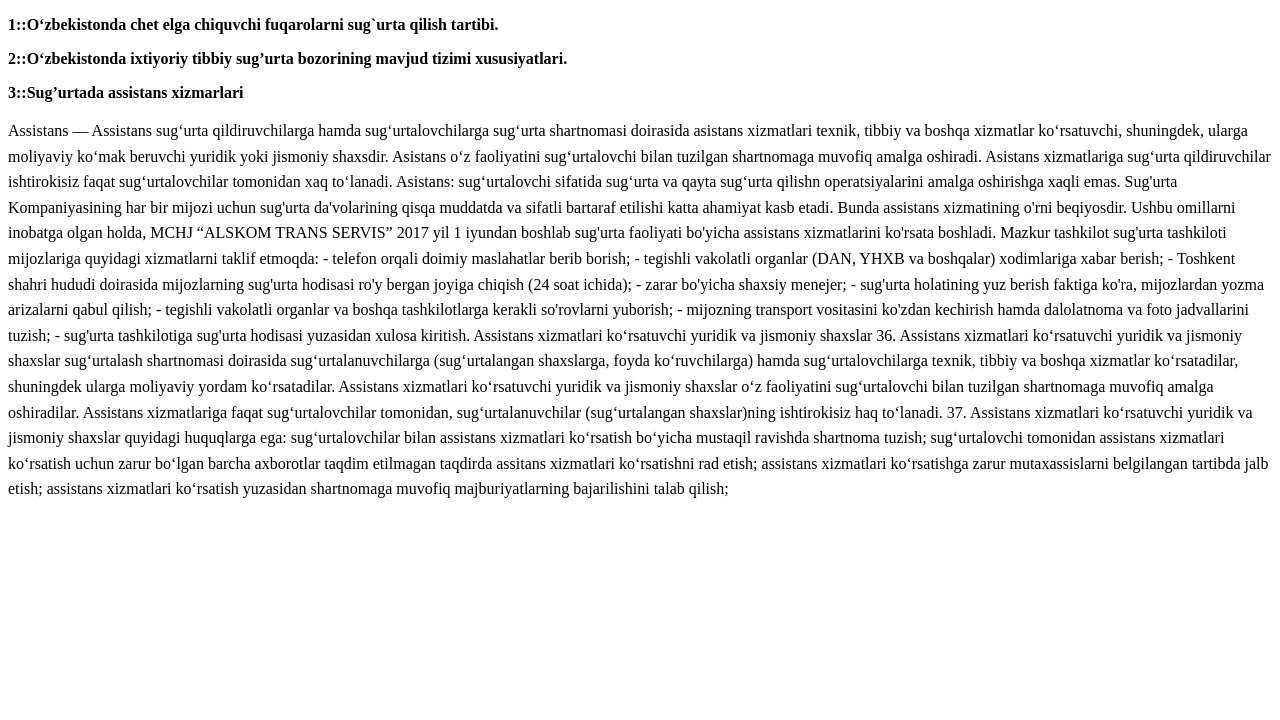
Repository: Ikromkhurozov/exam-inst
Page: index.html
An editor plug-in stored every save of this project. The page is shown before and after the next save, followed by the edit.
The browser window is 1280 px wide. The pictures show the whole page.

Above is the page before, as saved 2023-05-21 14:47:01.

### index.html
<!DOCTYPE html>
<html lang="en">
<head>
  <meta charset="UTF-8">
  <meta http-equiv="X-UA-Compatible" content="IE=edge">
  <meta name="viewport" content="width=device-width, initial-scale=1.0">
  <title>Document</title>

  <style>
    div{
      line-height: 1.6;
    }

    h3{
      font-size: 16px;
    }
  </style>
</head>
<body>
    <h3>1::O‘zbekistonda chet elga chiquvchi fuqarolarni sug`urta qilish tartibi.</h3>
    <div></div>

    <h3>2::O‘zbekistonda ixtiyoriy tibbiy sugʼurta bozorining mavjud tizimi xususiyatlari.</h3>
    <div>

    </div>

    <h3>3::Sug’urtada assistans xizmarlari</h3>
    <div>
      Assistans — Assistans sugʻurta qildiruvchilarga hamda
      sugʻurtalovchilarga sugʻurta shartnomasi doirasida asistans
      xizmatlari texnik, tibbiy va boshqa xizmatlar koʻrsatuvchi, shuningdek,
      ularga moliyaviy koʻmak beruvchi yuridik yoki jismoniy shaxsdir.
      Asistans oʻz faoliyatini sugʻurtalovchi bilan tuzilgan shartnomaga
      muvofiq amalga oshiradi. Asistans xizmatlariga sugʻurta
      qildiruvchilar ishtirokisiz faqat sugʻurtalovchilar tomonidan xaq
      toʻlanadi. Asistans: sugʻurtalovchi sifatida sugʻurta va qayta sugʻurta
      qilishn operatsiyalarini amalga oshirishga xaqli emas.

      Sug'urta Kompaniyasining har bir mijozi uchun sug'urta
      da'volarining qisqa muddatda va sifatli bartaraf etilishi katta
      ahamiyat kasb etadi. Bunda assistans xizmatining o'rni
      beqiyosdir. Ushbu omillarni inobatga olgan holda, MCHJ
      “ALSKOM TRANS SERVIS” 2017 yil 1 iyundan boshlab sug'urta
      faoliyati bo'yicha assistans xizmatlarini ko'rsata boshladi.

      Mazkur tashkilot sug'urta tashkiloti mijozlariga quyidagi xizmatlarni taklif
      etmoqda:
      - telefon orqali doimiy maslahatlar berib borish;
      - tegishli vakolatli organlar (DAN, YHXB va boshqalar) xodimlariga xabar berish;
      - Toshkent shahri hududi doirasida mijozlarning sug'urta hodisasi ro'y bergan
      joyiga chiqish (24 soat ichida);
      - zarar bo'yicha shaxsiy menejer;
      - sug'urta holatining yuz berish faktiga ko'ra, mijozlardan yozma arizalarni
      qabul qilish;
      - tegishli vakolatli organlar va boshqa tashkilotlarga kerakli so'rovlarni
      yuborish;
      - mijozning transport vositasini ko'zdan kechirish hamda dalolatnoma va foto
      jadvallarini tuzish;
      - sug'urta tashkilotiga sug'urta hodisasi yuzasidan xulosa kiritish.

      Assistans xizmatlari ko‘rsatuvchi yuridik va jismoniy shaxslar
      36. Assistans xizmatlari ko‘rsatuvchi yuridik va jismoniy shaxslar sug‘urtalash
      shartnomasi doirasida sug‘urtalanuvchilarga (sug‘urtalangan shaxslarga, foyda
      ko‘ruvchilarga) hamda sug‘urtalovchilarga texnik, tibbiy va boshqa xizmatlar
      ko‘rsatadilar, shuningdek ularga moliyaviy yordam ko‘rsatadilar.
      Assistans xizmatlari ko‘rsatuvchi yuridik va jismoniy shaxslar o‘z faoliyatini
      sug‘urtalovchi bilan tuzilgan shartnomaga muvofiq amalga oshiradilar.
      Assistans xizmatlariga faqat sug‘urtalovchilar tomonidan, sug‘urtalanuvchilar
      (sug‘urtalangan shaxslar)ning ishtirokisiz haq to‘lanadi.
      37. Assistans xizmatlari ko‘rsatuvchi yuridik va jismoniy shaxslar quyidagi huquqlarga ega:
      sug‘urtalovchilar bilan assistans xizmatlari ko‘rsatish bo‘yicha mustaqil ravishda
      shartnoma tuzish;
      sug‘urtalovchi tomonidan assistans xizmatlari ko‘rsatish uchun zarur bo‘lgan
      barcha axborotlar taqdim etilmagan taqdirda assitans xizmatlari ko‘rsatishni rad
      etish;
      assistans xizmatlari ko‘rsatishga zarur mutaxassislarni belgilangan tartibda jalb
      etish;
      assistans xizmatlari ko‘rsatish yuzasidan shartnomaga muvofiq majburiyatlarning
      bajarilishini talab qilish;
    </div>
</body>
</html>

After the next save:
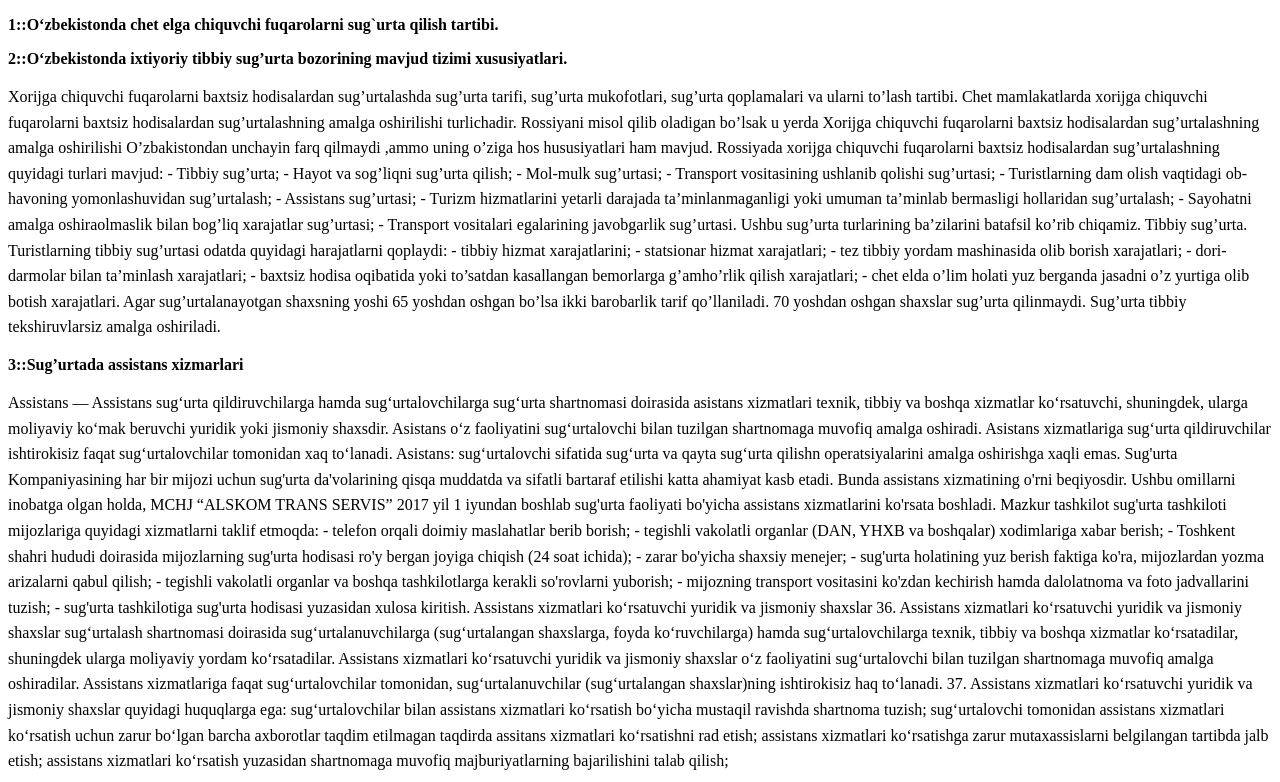
Saved 6 min 47 s later.
--- a/index.html
+++ b/index.html
@@ -22,7 +22,36 @@
 
     <h3>2::O‘zbekistonda ixtiyoriy tibbiy sugʼurta bozorining mavjud tizimi xususiyatlari.</h3>
     <div>
-
+      Xorijga chiquvchi fuqarolarni baxtsiz hodisalardan sug’urtalashda sug’urta tarifi,
+      sug’urta mukofotlari, sug’urta qoplamalari va ularni to’lash tartibi.
+      Chet mamlakatlarda xorijga chiquvchi fuqarolarni baxtsiz hodisalardan sug’urtalashning
+      amalga oshirilishi turlichadir. Rossiyani misol qilib oladigan bo’lsak u yerda Xorijga chiquvchi
+      fuqarolarni  baxtsiz  hodisalardan  sug’urtalashning  amalga  oshirilishi  O’zbakistondan  unchayin
+      farq qilmaydi ,ammo uning o’ziga hos hususiyatlari ham mavjud.
+      Rossiyada  xorijga  chiquvchi  fuqarolarni  baxtsiz hodisalardan  sug’urtalashning  quyidagi
+      turlari mavjud:
+      - Tibbiy sug’urta;
+      - Hayot va sog’liqni sug’urta qilish;
+      - Mol-mulk sug’urtasi;
+      - Transport vositasining ushlanib qolishi sug’urtasi;
+      - Turistlarning dam olish vaqtidagi ob- havoning yomonlashuvidan sug’urtalash;
+      - Assistans sug’urtasi;
+      - Turizm  hizmatlarini  yetarli  darajada  ta’minlanmaganligi  yoki  umuman  ta’minlab
+      bermasligi hollaridan sug’urtalash;
+      - Sayohatni amalga oshiraolmaslik bilan bog’liq xarajatlar sug’urtasi;
+      - Transport vositalari egalarining javobgarlik sug’urtasi.
+      Ushbu sug’urta turlarining ba’zilarini batafsil ko’rib chiqamiz.
+      Tibbiy sug’urta. Turistlarning tibbiy sug’urtasi odatda quyidagi harajatlarni qoplaydi:
+      -  tibbiy hizmat xarajatlarini;
+      -  statsionar hizmat xarajatlari;
+      - tez tibbiy yordam mashinasida olib borish xarajatlari;
+      - dori-darmolar bilan ta’minlash xarajatlari;
+      -  baxtsiz  hodisa  oqibatida  yoki  to’satdan  kasallangan  bemorlarga  g’amho’rlik  qilish
+      xarajatlari;
+      - chet elda o’lim holati yuz berganda jasadni o’z yurtiga olib botish xarajatlari.
+      Agar sug’urtalanayotgan shaxsning yoshi 65 yoshdan oshgan bo’lsa ikki barobarlik tarif
+      qo’llaniladi.  70  yoshdan  oshgan  shaxslar  sug’urta  qilinmaydi.  Sug’urta  tibbiy  tekshiruvlarsiz
+      amalga oshiriladi.
     </div>
 
     <h3>3::Sug’urtada assistans xizmarlari</h3>

After the 3 saves that followed:
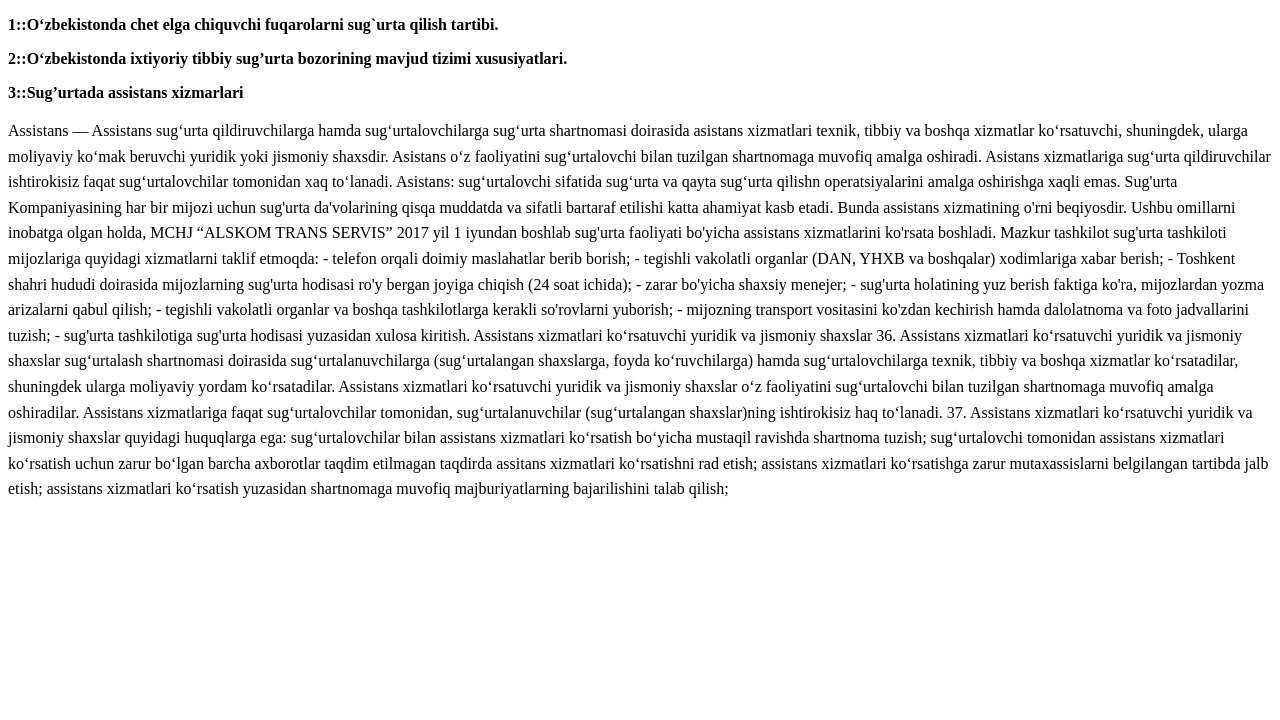
The 3 saves are shown as one change because 1 left the picture as it was and some came seconds apart.
The last was saved 9 min 10 s later.
--- a/index.html
+++ b/index.html
@@ -22,36 +22,8 @@
 
     <h3>2::O‘zbekistonda ixtiyoriy tibbiy sugʼurta bozorining mavjud tizimi xususiyatlari.</h3>
     <div>
-      Xorijga chiquvchi fuqarolarni baxtsiz hodisalardan sug’urtalashda sug’urta tarifi,
-      sug’urta mukofotlari, sug’urta qoplamalari va ularni to’lash tartibi.
-      Chet mamlakatlarda xorijga chiquvchi fuqarolarni baxtsiz hodisalardan sug’urtalashning
-      amalga oshirilishi turlichadir. Rossiyani misol qilib oladigan bo’lsak u yerda Xorijga chiquvchi
-      fuqarolarni  baxtsiz  hodisalardan  sug’urtalashning  amalga  oshirilishi  O’zbakistondan  unchayin
-      farq qilmaydi ,ammo uning o’ziga hos hususiyatlari ham mavjud.
-      Rossiyada  xorijga  chiquvchi  fuqarolarni  baxtsiz hodisalardan  sug’urtalashning  quyidagi
-      turlari mavjud:
-      - Tibbiy sug’urta;
-      - Hayot va sog’liqni sug’urta qilish;
-      - Mol-mulk sug’urtasi;
-      - Transport vositasining ushlanib qolishi sug’urtasi;
-      - Turistlarning dam olish vaqtidagi ob- havoning yomonlashuvidan sug’urtalash;
-      - Assistans sug’urtasi;
-      - Turizm  hizmatlarini  yetarli  darajada  ta’minlanmaganligi  yoki  umuman  ta’minlab
-      bermasligi hollaridan sug’urtalash;
-      - Sayohatni amalga oshiraolmaslik bilan bog’liq xarajatlar sug’urtasi;
-      - Transport vositalari egalarining javobgarlik sug’urtasi.
-      Ushbu sug’urta turlarining ba’zilarini batafsil ko’rib chiqamiz.
-      Tibbiy sug’urta. Turistlarning tibbiy sug’urtasi odatda quyidagi harajatlarni qoplaydi:
-      -  tibbiy hizmat xarajatlarini;
-      -  statsionar hizmat xarajatlari;
-      - tez tibbiy yordam mashinasida olib borish xarajatlari;
-      - dori-darmolar bilan ta’minlash xarajatlari;
-      -  baxtsiz  hodisa  oqibatida  yoki  to’satdan  kasallangan  bemorlarga  g’amho’rlik  qilish
-      xarajatlari;
-      - chet elda o’lim holati yuz berganda jasadni o’z yurtiga olib botish xarajatlari.
-      Agar sug’urtalanayotgan shaxsning yoshi 65 yoshdan oshgan bo’lsa ikki barobarlik tarif
-      qo’llaniladi.  70  yoshdan  oshgan  shaxslar  sug’urta  qilinmaydi.  Sug’urta  tibbiy  tekshiruvlarsiz
-      amalga oshiriladi.
+
+
     </div>
 
     <h3>3::Sug’urtada assistans xizmarlari</h3>
